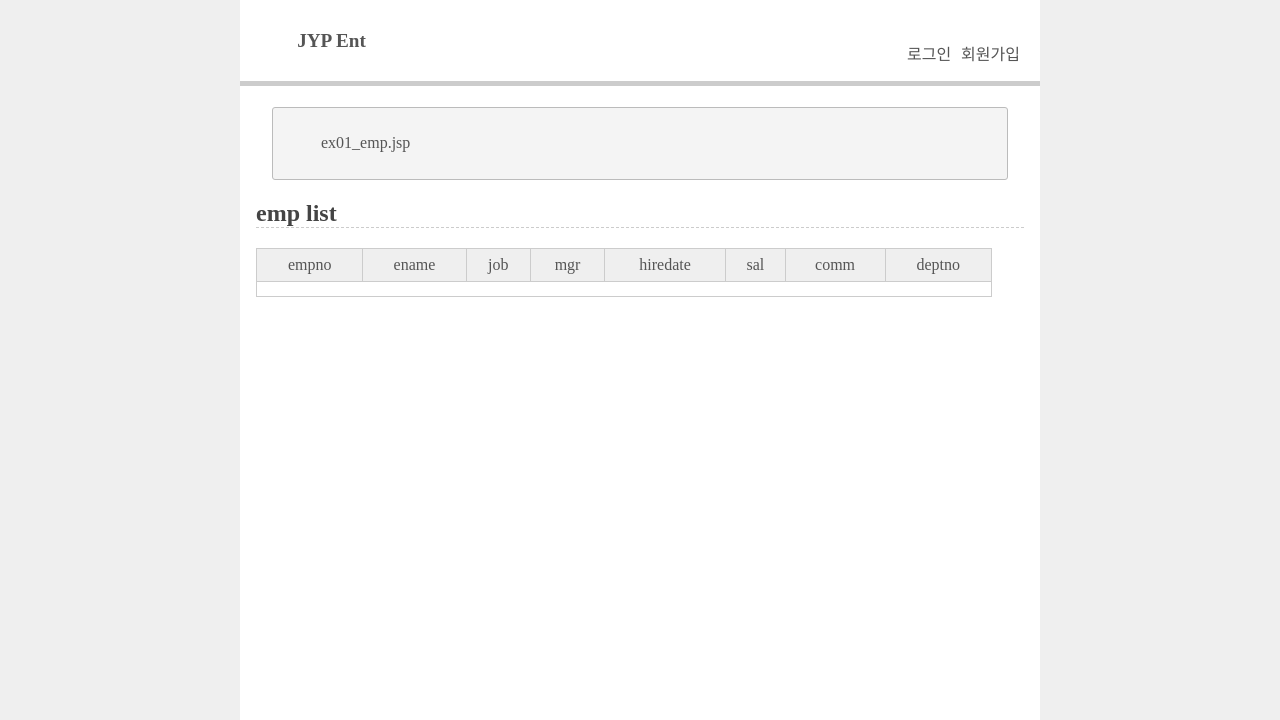
Repository: junyong231/JSP-SSIT
Page: http://localhost/jspPro/days02/ex01_emp.jsp
An editor plug-in stored every save of this project. The page is shown before and after the next save, followed by the edit.
The browser window is 1280 px wide. The pictures show the whole page.
Some web fonts or font styles are not loaded; a fallback is used. The page is served by Tomcat 9. Queries for data that is not in the repository find no rows.

Above is the page before, as saved 2024-10-16 02:11:58.

After the next save:
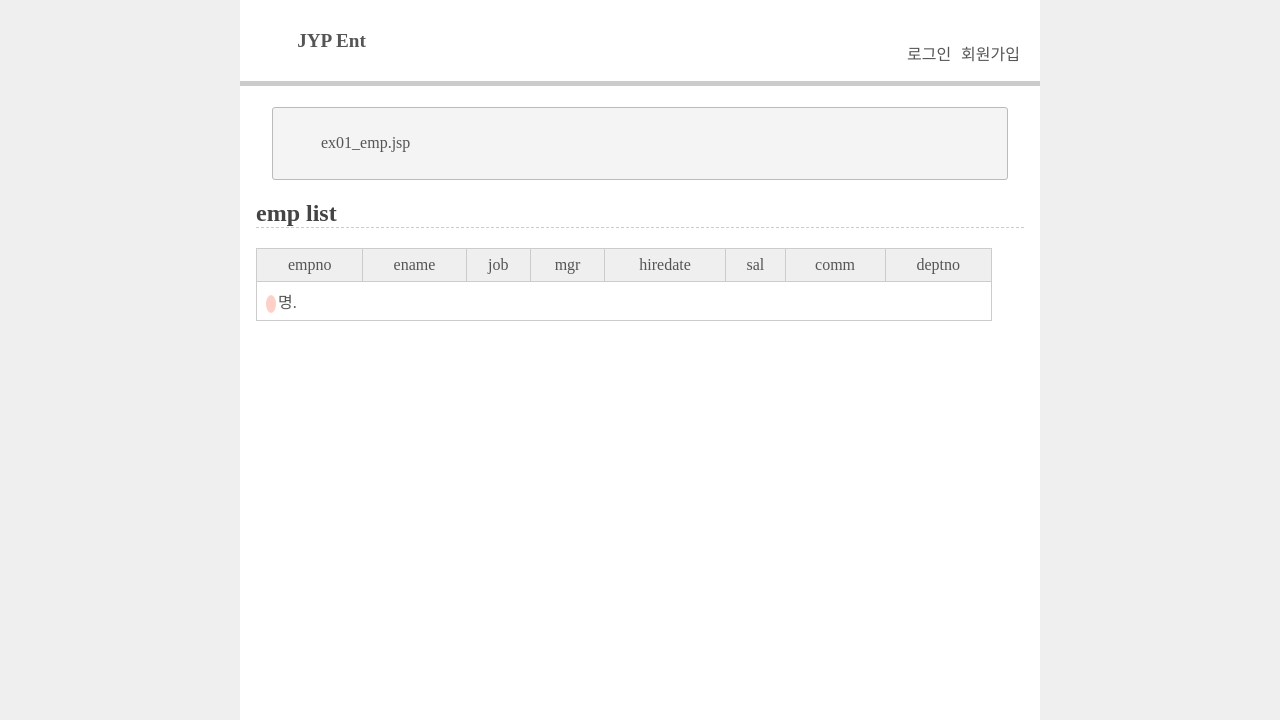
Saved 29 s later.
--- a/jspPro/src/main/webapp/days02/ex01_emp.jsp
+++ b/jspPro/src/main/webapp/days02/ex01_emp.jsp
@@ -142,6 +142,8 @@
 	</tbody>
 	<tfoot>
 		<td colspan="8">
+			<span class="badge left red"></span>명.
+		</td>
 	</tfoot>
 </table>
 </div>
